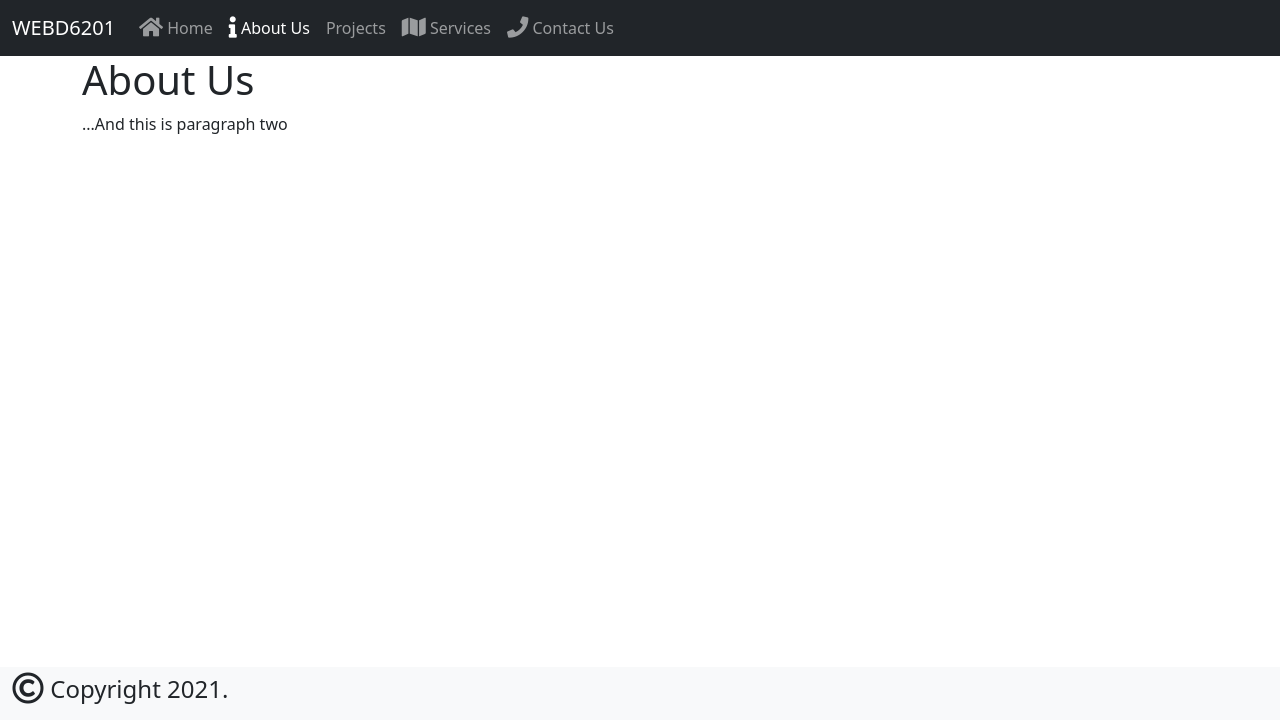
Repository: YiuWingLau/WEBD6201-W2021-Lab1
Page: about.html
These files come from the project's save history. The page is drawn as it stood at one moment and after the next save; the edit follows.
The browser window is 1280 px wide. The pictures show the whole page.

Above is the page before, as saved 2021-02-03 21:41:41.

### about.html
<!DOCTYPE html>
<html lang="en">
<head>
    <meta charset="UTF-8">
    <meta name="viewport" content="width=device-width, initial-scale=1.0">
    <title>About</title>

    <!--CSS Section -->
    <link rel="stylesheet" href="./node_modules/bootstrap/dist/css/bootstrap.min.css">
    <link rel="stylesheet" href="./node_modules/@fortawesome//fontawesome-free/css/all.min.css">
    <link rel="stylesheet" href="./Content/app.css">
</head>
<body>
    <!-- Main Header-->
    <header>
      <!-- Main Navigation-->
      <nav class="navbar navbar-expand-lg navbar-dark bg-dark">
          <div class="container-fluid">
            <a class="navbar-brand" href="index.html">WEBD6201</a>
            <button class="navbar-toggler" type="button" data-bs-toggle="collapse" data-bs-target="#navbarSupportedContent" aria-controls="navbarSupportedContent" aria-expanded="false" aria-label="Toggle navigation">
              <span class="navbar-toggler-icon"></span>
            </button>
            <div class="collapse navbar-collapse" id="navbarSupportedContent">
              <ul class="navbar-nav me-auto mb-2 mb-lg-0">

                  <li class="nav-item">
                    <a class="nav-link" aria-current="page" href="index.html"><i class="fas fa-home fa-lg"></i> Home</a>
                  </li>

                  <li class="nav-item">
                    <a class="nav-link active" aria-current="page" href="about.html"><i class="fas fa-info fa-lg"></i> About Us</a>
                  </li>
                  <li class="nav-item">
                    <a id="navBarProjects" class="nav-link" aria-current="page" href="products.html"><i class="fas fa-cog fa-lg"></i> Products</a>
                  </li>
                  <li class="nav-item">
                    <a class="nav-link" aria-current="page" href="services.html"><i class="fas fa-map fa-lg"></i> Services</a>
                  </li>
                  <li class="nav-item">
                    <a class="nav-link" aria-current="page" href="contact.html"><i class="fas fa-phone fa-lg"></i> Contact Us</a>
                  </li>
              </ul>
            </div>
          </div>
      </nav>
    </header>

    <!-- Main Content -->
    <main class="container">
        <h1>About Us</h1>
    </main>

    <!-- Main Footer -->
    <footer>
        <nav class="navbar fixed-bottom navbar-light bg-light">
            <div class="container-fluid">
              <h4><i class="far fa-copyright fa-lg"></i> Copyright 2021.</a></h4>
            </div>
        </nav>
    </footer>
    <!-- JavaScript Section -->
    <script src="./node_modules/jquery/dist/jquery.min.js"></script>
    <script src="./node_modules/bootstrap/dist/js/bootstrap.bundle.min.js"></script>
    <script src="./Scripts/app.js"></script>
</body>
</html>

### Scripts/app.js
/* custom JavaScript goes here */

//IIFE - Immediately Invoked Function Expression
//AKA - Anonymous Self-Executing Function
//Closure - limits scope leak

"use strict";

(function()
{
    function displayHome()
    {
        let paragraphOneText =
          "This is a simple site to demonstrate DOM Manipulation for ICE 1";

        let paragraphOneElement = document.getElementById("paragraphOne");

        paragraphOneElement.textContent = paragraphOneText;
        paragraphOneElement.className = "fs-5";

        // Step 1. document.createElement
        let newParagraph = document.createElement("p");
        // Step 2. configure the element
        newParagraph.setAttribute("id", "paragraphTwo");
        newParagraph.textContent = "...And this is paragraph two";
        // Step 3. select the parent element
        let mainContent = document.getElementsByTagName("main")[0];
        // Step 4. Add / Insert the element
        mainContent.appendChild(newParagraph);
        newParagraph.className = "fs-6";

        // another way of injecting content
        let paragraphDiv = document.createElement("div");
        let paragraphThree = `<p id="paragraphThree" class="fs-7 fw-bold">And this is the Third Paragraph</p>`;
        paragraphDiv.innerHTML = paragraphThree;

        // insertions

        // example of inserting before a node
        //newParagraph.before(paragraphDiv);

        // example of inserting after a node
        newParagraph.after(paragraphDiv);

        // deletions

        // example of removing a single element
        //paragraphOneElement.remove();

        // example of removeChild
        mainContent.removeChild(paragraphOneElement);
        // update / modification
        //mainContent.firstElementChild.textContent = "Welcome Home!";

        mainContent.innerHTML = `<h1 id="firstHeading">Welcome to Nelson's web page</h1>
         <p id="paragraphOne" class="fs-3 fw-bold">This is my home page, I'm welcome everyone to visit my site.</p>
        `;

    }

    function displayAbout()
    {
                // Step 1. document.createElement
                let newParagraph = document.createElement("p");
                // Step 2. configure the element
                newParagraph.setAttribute("id", "paragraphTwo");
                newParagraph.textContent = "...And this is paragraph two";
                // Step 3. select the parent element
                let mainContent = document.getElementsByTagName("main")[0];
                // Step 4. Add / Insert the element
                mainContent.appendChild(newParagraph);
                newParagraph.className = "fs-6";
    }

    function displayProjects()
    {
    }

    function displayServices()
    {

        // another way of injecting content
        let paragraphDiv = document.createElement("div");
        let paragraphThree = `<p id="paragraphThree" class="fs-7 fw-bold">And this is the Third Paragraph</p>`;
        paragraphDiv.innerHTML = paragraphThree;

        // insertions

        // example of inserting before a node
        // newParagraph.before(paragraphDiv);

        // example of inserting after a node
        newParagraph.after(paragraphDiv);

        // deletions

        // example of removing a single element
        //paragraphOneElement.remove();

        // example of removeChild
       // mainContent.removeChild(paragraphOneElement);
        // update / modification
        //mainContent.firstElementChild.textContent = "Welcome Home!";
    }

    function displayContact()
    {
        let messageArea = document.getElementById("messageArea");
        messageArea.hidden = true;

        // form validation
        let fullName = document.getElementById("fullName");
        fullName.addEventListener("blur", function() {
            if(fullName.value.length < 2)
            {
                fullName.focus();
                fullName.select();
                messageArea.hidden = false;
                messageArea.className = "alert alert-danger";
                messageArea.textContent = "Please enter an appropriate Name";
            }
            else
            {
                messageArea.removeAttribute("class");
                messageArea.hidden = true;
            }
        });

        let sendButton = document.getElementById("sendButton");
        sendButton.addEventListener("click", function(event){
            //event.preventDefault();

            let contact = new Contact(fullName.value, contactNumber.value, emailAddress.value);

            if(contact.serialize())
            {
              localStorage.setItem((localStorage.length + 1).toString(), contact.serialize());
            }

        });
    }

    function displayContactList()
    {
      if (localStorage.length > 0)
      {
        let contactList = document.getElementById("contactList");

        let data = "";

        for (let index = 0; index < localStorage.length; index++)
        {
          let contactData = localStorage.getItem((index + 1).toString());

          let contact = new Contact();
          contact.deserialize(contactData);

          data += `<tr>
          <th scope="row">${index + 1}</th>
          <td>${contact.FullName}</td>
          <td>${contact.ContactNumber}</td>
          <td>${contact.EmailAddress}</td>
        </tr>`;
        }

        contactList.innerHTML = data;
      }
    }



    function Start()
    {
        console.log("App Started...");

        //document.open("text/html","replace");
        //document.write("<a class='nav-link' aria-current='page' href='products.html'><i class="fas fa-cog fa-lg"></i> Products</a>");

        //<a id="navbarSupportedContent">Projects</a>
        //let navBarElement = getElementById("navbarSupportedContent");

        document.getElementById("navBarProjects").href = "projects.html";
        document.getElementById("navBarProjects").text = " Projects";
        //document.getElementById("navBarProjects").setAttribute("class", "fas fa-cog fa-lg");


        switch (document.title)
        {
          case "Home":
              displayHome();
            break;
          case "About":
              displayAbout();
            break;
          case "Projects":
              displayProjects();
            break;
          case "Services":
              displayServices();
            break;
          case "Contact":
              displayContact();
            break;
          case "Contact-List":
            displayContactList();
          break;
        }

    }

    window.addEventListener("load", Start);

})();

Loaded but not shown: node_modules/bootstrap/dist/css/bootstrap.min.css (library); node_modules/@fortawesome/fontawesome-free/css/all.min.css (library); node_modules/jquery/dist/jquery.min.js (library); node_modules/bootstrap/dist/js/bootstrap.bundle.min.js (library); Content/app.css (no stored copy; drawn as an empty file)

After the next save:
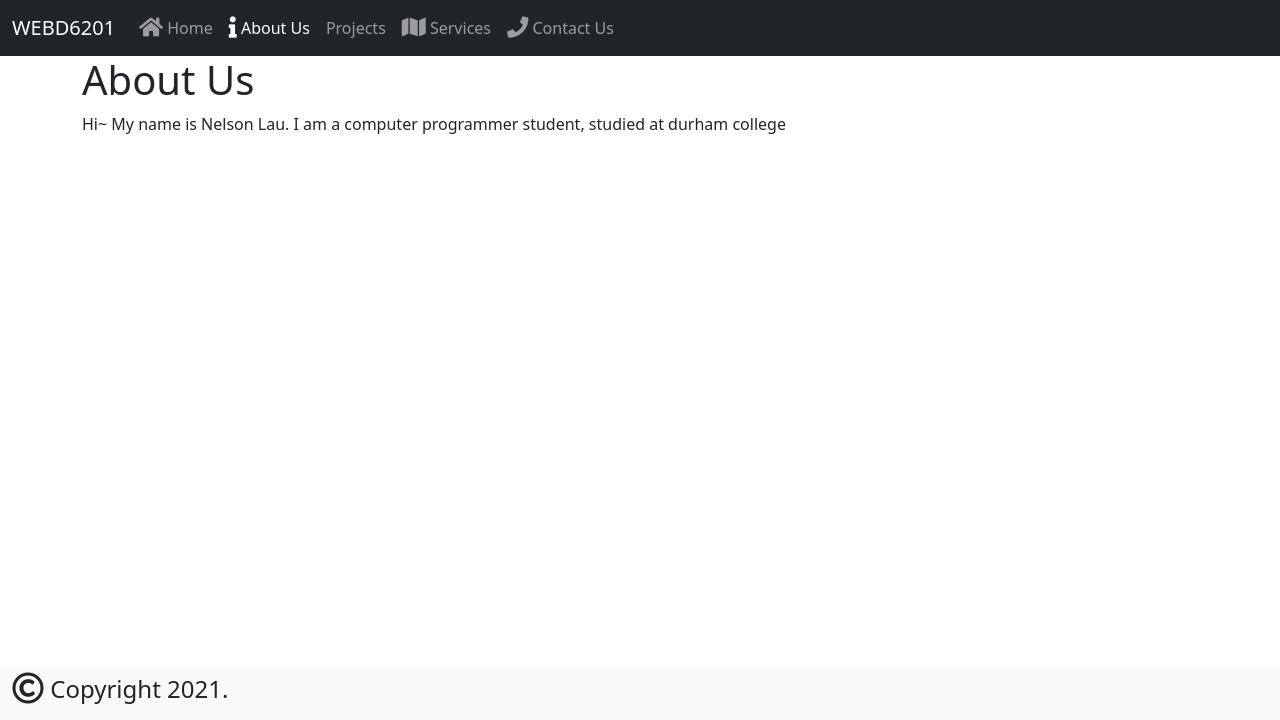
Saved 3 min 4 s later.
--- a/Scripts/app.js
+++ b/Scripts/app.js
@@ -64,7 +64,7 @@
                 let newParagraph = document.createElement("p");
                 // Step 2. configure the element
                 newParagraph.setAttribute("id", "paragraphTwo");
-                newParagraph.textContent = "...And this is paragraph two";
+                newParagraph.textContent = "Hi~ My name is Nelson Lau. I am a computer programmer student, studied at durham college";
                 // Step 3. select the parent element
                 let mainContent = document.getElementsByTagName("main")[0];
                 // Step 4. Add / Insert the element
